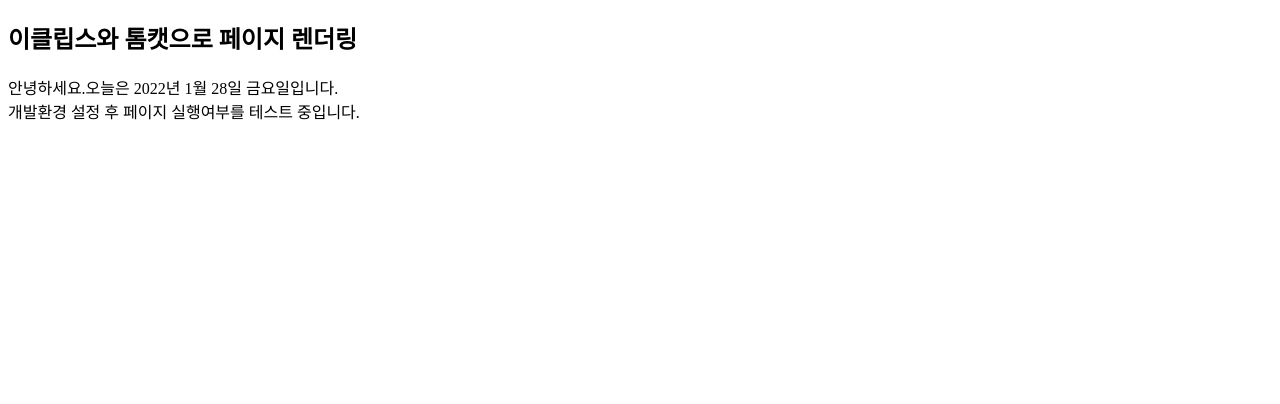
Repository: JongMin22/jsp.practice
Page: http://localhost/JSPBasic/Hello.jsp
The author's editor kept a copy of each file at every save. The page is drawn from the files as they stood at one save, then again after the next save.
The browser window is 1280 px wide. The pictures show the whole page.
The page is served by Tomcat 9.

Above is the page before, as saved 2022-01-28 01:48:45.

After the next save:
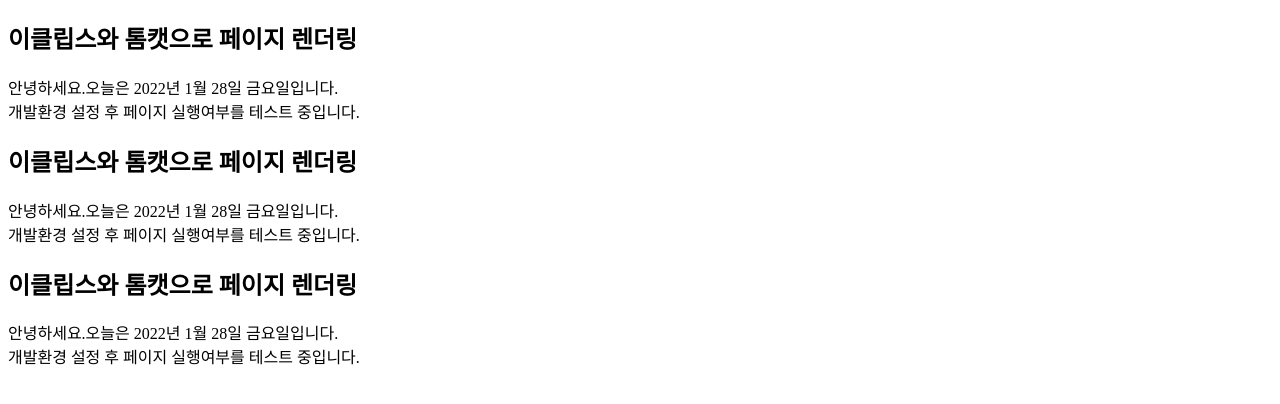
Saved 14 min 54 s later.
--- a/JSPBasic/src/main/webapp/Hello.jsp
+++ b/JSPBasic/src/main/webapp/Hello.jsp
@@ -11,5 +11,13 @@
 	<p>안녕하세요.오늘은 2022년 1월 28일 금요일입니다.<br/>
 	   개발환경 설정 후 페이지 실행여부를 테스트 중입니다.
 	</p>
+	<h2>이클립스와 톰캣으로 페이지 렌더링</h2>
+	<p>안녕하세요.오늘은 2022년 1월 28일 금요일입니다.<br/>
+	   개발환경 설정 후 페이지 실행여부를 테스트 중입니다.
+	</p>
+	<h2>이클립스와 톰캣으로 페이지 렌더링</h2>
+	<p>안녕하세요.오늘은 2022년 1월 28일 금요일입니다.<br/>
+	   개발환경 설정 후 페이지 실행여부를 테스트 중입니다.
+	</p>
 </body>
 </html>
